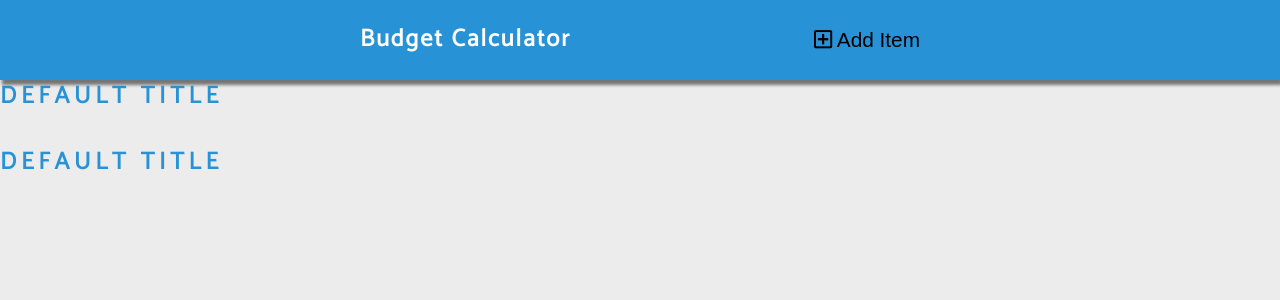
Repository: webdril/budget
Page: /
An editor plug-in stored every save of this project. The page is shown before and after a run of saves, followed by the edit.
The browser window is 1280 px wide. The pictures show the whole page.
The project was rebuilt for these pictures with package versions that can differ from the ones it lists, and the page was loaded fresh each time.

Above is the page before, as saved 2020-02-29 01:56:02.

After the next 3 saves:
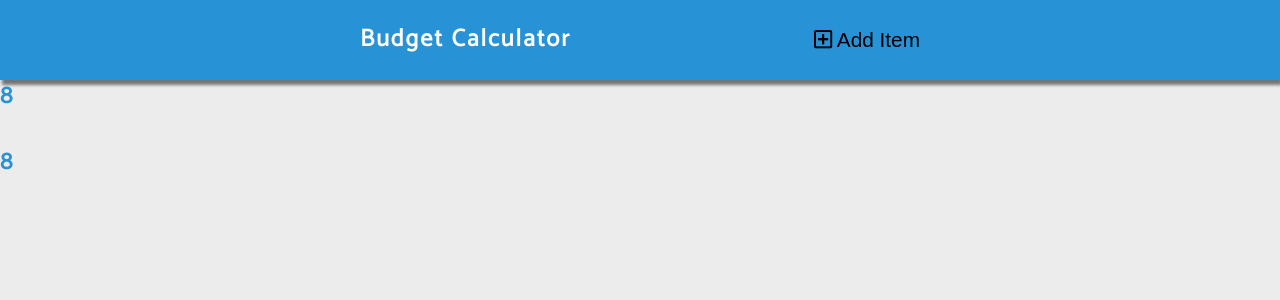
The 3 saves are shown as one change because 2 did not build or start.
The last was saved 97 s later.
--- a/src/Title.svelte
+++ b/src/Title.svelte
@@ -1,8 +1,9 @@
 <script>
 let title = "default title"
+
 </script>
 
 
 <div class="main-title">
- <h2>{title.toUpperCase()}</h2>
+ <h2>{4 + 4}</h2>
 </div>
